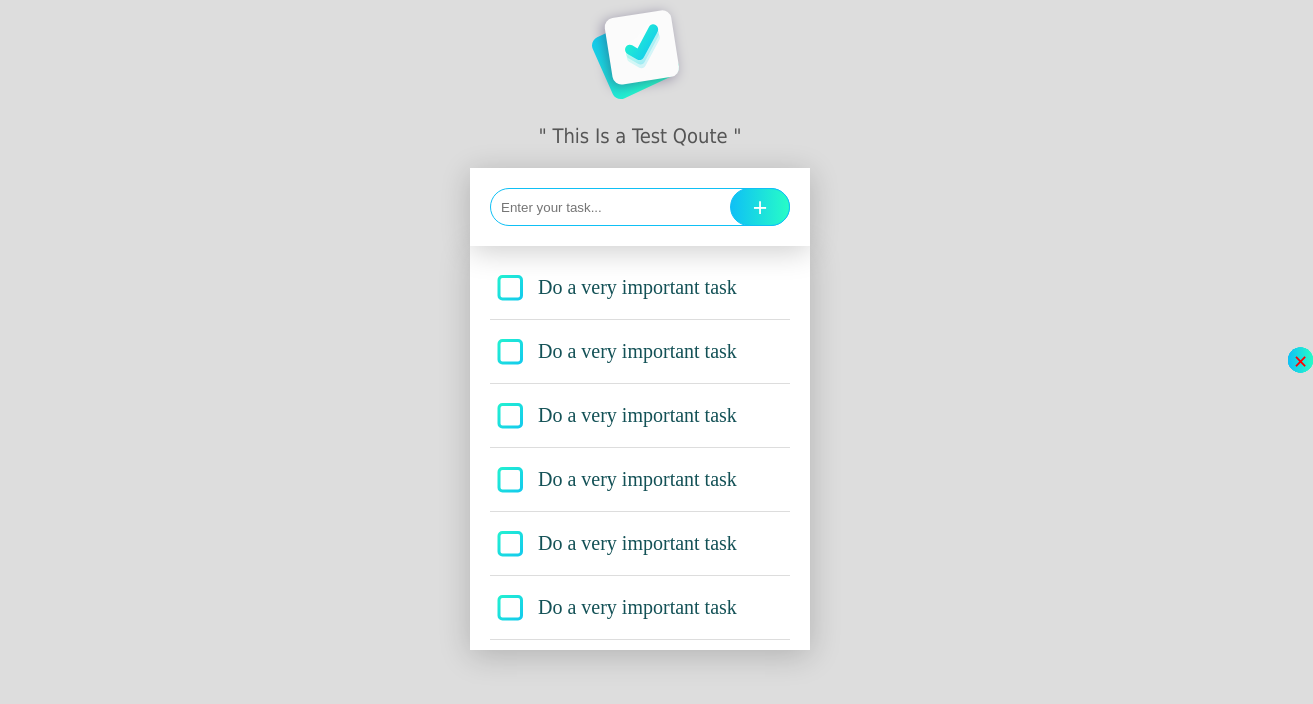
Repository: ahmedhamed15/React-Todo
Page: /
These files come from the project's save history. The page is drawn as it stood at one moment and after the next save; the edit follows.
The browser window is 1280 px wide. The page is 1313 px wide, then 1280 px, so the pictures cover 1313 px, including what lies to the right of the window. The pictures show the whole page.
The project was rebuilt for these pictures with package versions that can differ from the ones it lists, and the page was loaded fresh each time.

Above is the page before, as saved 2021-07-26 23:48:00.

After the next save:
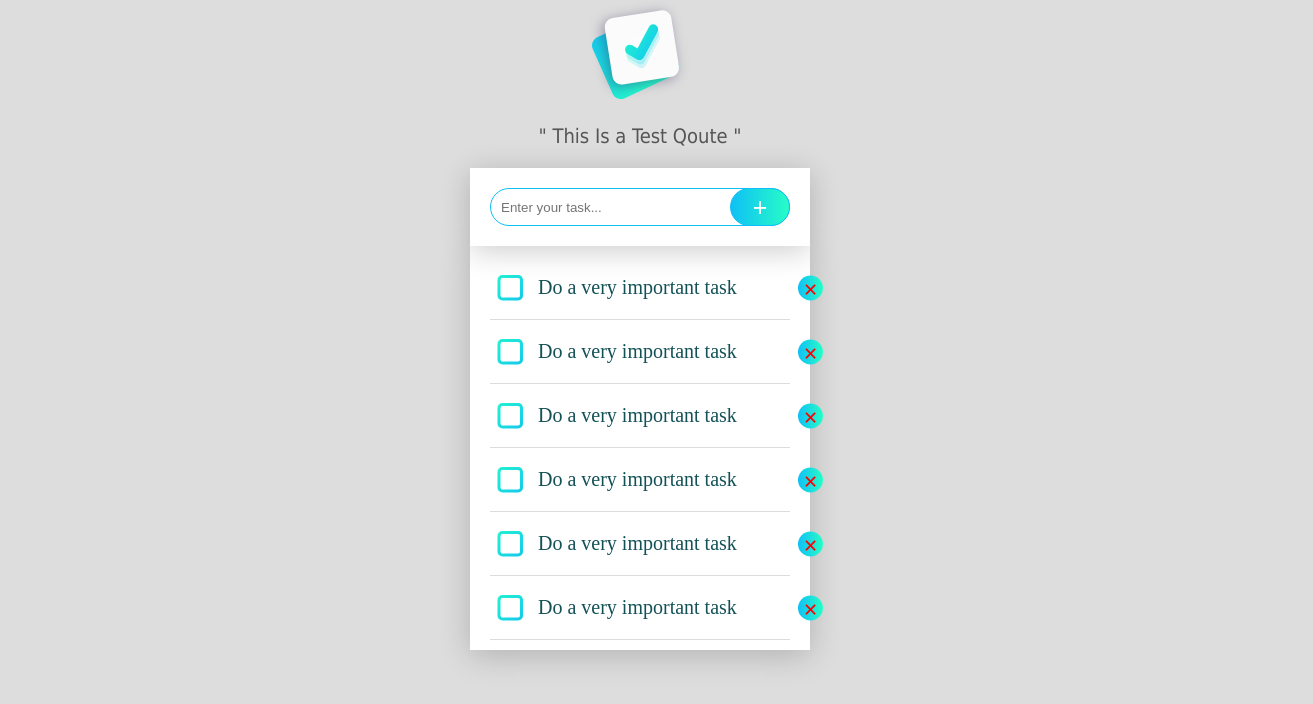
Saved 8 s later.
--- a/src/components/Todos/TodoItem/style.scss
+++ b/src/components/Todos/TodoItem/style.scss
@@ -113,6 +113,9 @@
     -webkit-animation-name: explode;
             animation-name: explode;
   }
+  .todo-item {
+    position: relative;
+  }
   .todo__delete-btn {
     color: red;
     font: {
